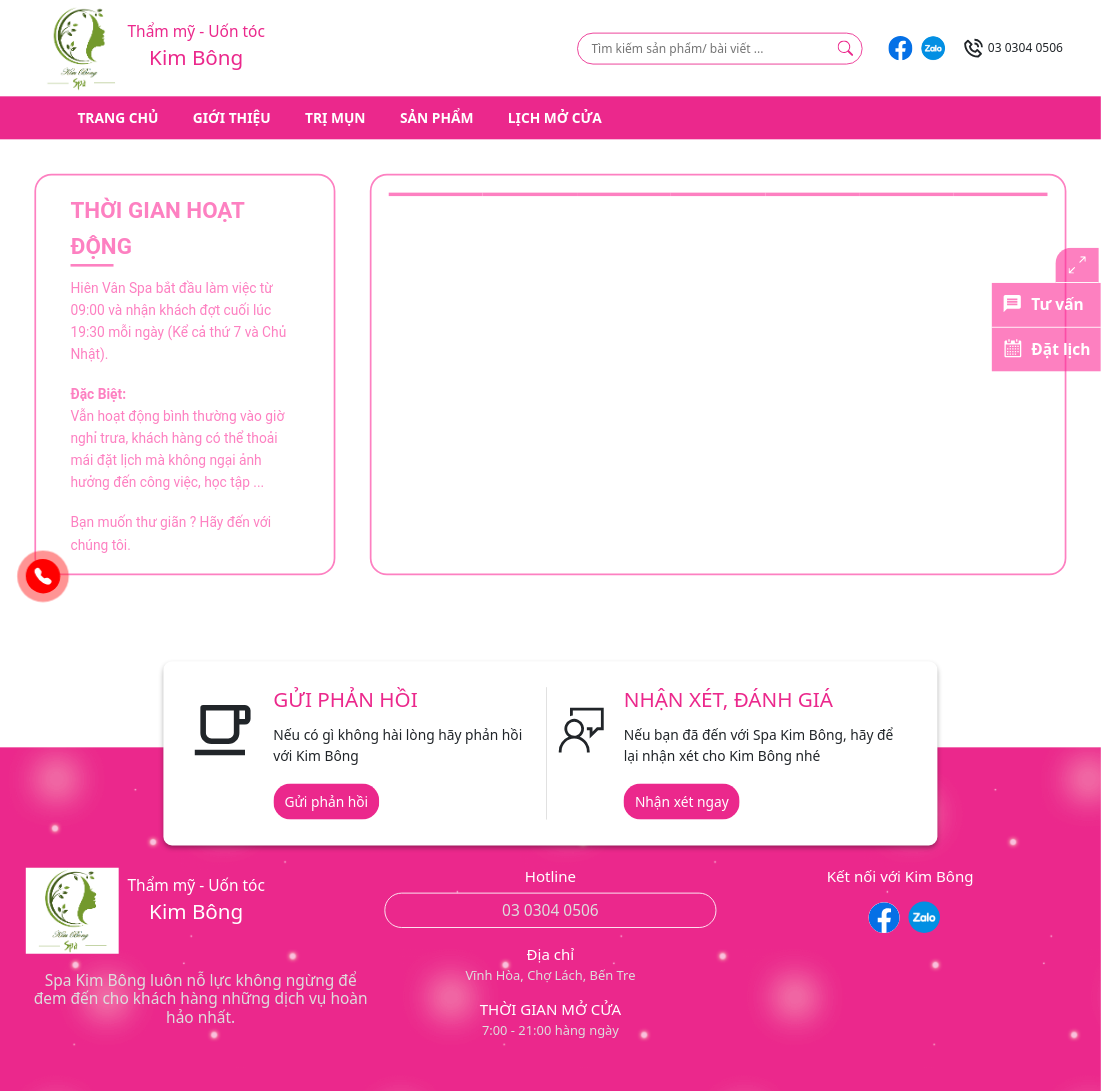
Repository: tranduykhuong/SpaKimBong
Page: /calendar
The author's editor kept a copy of each file at every save. The page is drawn from the files as they stood at one save, then again after the next save.
The browser window is 1280 px wide. The pictures show the whole page, at 86% of full size.
The project was rebuilt for these pictures with package versions that can differ from the ones it lists, and the page was loaded fresh each time. Also part of the build but not shown: src/components/Banner/banner.scss, src/components/Banner/Banner.js, src/pages/Home/home.scss, src/pages/Home/ListImage/listImage.scss, src/pages/Home/ListImage/ListImage.js, src/pages/Home/BookOnline/bookOnl.scss, src/pages/Home/BookOnline/Modal/ModalBook/modalbook.scss, src/pages/Home/BookOnline/Modal/ModalBook/modalbook.js and 24 more.

Above is the page before, as saved 2022-06-07 00:05:29.

### src/App.js
import "./App.scss";
import Header from "./components/Header/Header";
import Home from "./pages/Home/Home";
import "bootstrap/dist/css/bootstrap.min.css";
import { Route, Routes } from "react-router-dom";
import About from "./pages/About/About";
import Products from "./pages/Product/Products";
import ProductDetail from "./pages/Product/ProductDetail/ProductDetail";
import AcneTreatment from "./pages/AcneTreatment/AcneTreatment";
import ContactToolbox from "./components/ContactToolbox/ContactToolbox";
import BackToTop from "./components/BackToTop/BackToTop";
import PhoneTool from "./components/PhoneTool/PhoneTool";
import Calendar from "./pages/Calendar/Calendar";

function App() {
  return (
    <div className="App">
      <Header />
      <ContactToolbox />
      <BackToTop />
      <PhoneTool />
      <Routes>
        <Route path="/" element={<Home />} />
        <Route path="/about" element={<About />} />
        <Route path="/products" element={<Products />} />
        <Route path="/acne" element={<AcneTreatment />} />
        <Route path="/calendar" element={<Calendar />} />

        <Route path="/products/1" element={<ProductDetail />} />
      </Routes>
    </div>
  );
}

export default App;

### src/components/ContactToolbox/ContactToolbox.js
import React, { useState } from "react";
import "./contactToolbox.scss";
import { MdMessage } from "react-icons/md";
import { GoCalendar } from "react-icons/go";
import { BsArrowsAngleExpand } from "react-icons/bs";

const ContactToolbox = () => {
  const [hidden, setHidden] = useState(false);

  return (
    <div className="contactFixed">
      <div className="toolboxScroll" onClick={() => setHidden((prev) => !prev)}>
        <BsArrowsAngleExpand className="iconArrow" />
      </div>
      <div className={"toolboxList " + (hidden ? "hidden" : "open")}>
        <div className="advise toolboxItem">
          <MdMessage className="iconMessage" />
          <p>Tư vấn</p>
        </div>
        <div className="book toolboxItem">
          <GoCalendar className="iconCalendar" />
          <p>Đặt lịch</p>
        </div>
      </div>
    </div>
  );
};

export default ContactToolbox;

### src/components/BackToTop/BackToTop.js
import React, { useEffect, useState } from "react";
import "./backToTop.scss";
import { FaRegArrowAltCircleUp } from "react-icons/fa";

const BackToTop = () => {
  const [clicked, setClick] = useState(true);
  const [hiddenArrow, setHiddenArrow] = useState(true);

  useEffect(() => {
    const handleScroll = () => {
      if (window.scrollY > 550) setHiddenArrow(false);
      else setHiddenArrow(true);
    };
    window.addEventListener("scroll", handleScroll);
    return () => {
      window.removeEventListener("scroll", handleScroll);
    };
  }, []);

  useEffect(() => {
    window.scrollTo(0, 0);
  }, [clicked]);

  return (
    <div
      className={"backToTop " + (hiddenArrow ? "" : "show")}
      onClick={() => setClick((prev) => !prev)}
    >
      <FaRegArrowAltCircleUp className="icon" />
    </div>
  );
};

export default BackToTop;

### src/components/PhoneTool/PhoneTool.js
import React from "react";
import "./phoneTool.scss";
import { BsFillTelephoneFill } from "react-icons/bs";

const PhoneTool = () => {
  return (
    <div className="phoneTool">
      <div className="phone">
        <BsFillTelephoneFill className="iconPhone" />
      </div>
      <div className="circle"></div>
    </div>
  );
};

export default PhoneTool;

### src/pages/Calendar/Calendar.js
import React from "react";
import "./calendar.scss";
import Footer from "./../../components/Footer/Footer";

const Calendar = () => {
  return (
    <div>
      <div className="container-calendar">
        <div className="container-bg-calendar">
          <div className="calendar">
            <div className="calendar-content">
              <h3>THỜI GIAN HOẠT ĐỘNG</h3>
              <p>
                Hiên Vân Spa bắt đầu làm việc từ 09:00 và nhận khách đợt cuối
                lúc 19:30 mỗi ngày (Kể cả thứ 7 và Chủ Nhật).
              </p>
              <strong id="special">Đặc Biệt:</strong>
              <p>
                Vẫn hoạt động bình thường vào giờ nghỉ trưa, khách hàng có thể
                thoải mái đặt lịch mà không ngại ảnh hưởng đến công việc, học
                tập ...
              </p>
              <p>Bạn muốn thư giãn ? Hãy đến với chúng tôi.</p>
            </div>

            <div className="calendar-boxs-day">
              <div className="calendar-boxs">
                <div className="calendar-box"></div>
                <div className="calendar-box"></div>
                <div className="calendar-box"></div>
                <div className="calendar-box"></div>
                <div className="calendar-box"></div>
                <div className="calendar-box"></div>
                <div className="calendar-box"></div>
              </div>
            </div>
          </div>
        </div>
      </div>

      <Footer />
    </div>
  );
};

export default Calendar;

### src/components/Header/header.scss
@import '../../SCSS/base/variables.scss';
$height-navbar: 5rem;

.header {
    .mg-navbar {
        margin-bottom: $height-navbar;
    }

    .infor {
        max-width: 1200px;
        padding: .6rem 0;
        display: flex;
        justify-content: space-between;
        margin: 0 auto;

        .logo {
            display: flex;
            flex: 1;

            img {
                height: 10rem;
            }

            .nameSpa {
                color: $main-color;
                margin: auto 0;

                h4 {
                    font-size: 1.8rem;
                    font-weight: 500;
                }

                h2 {
                    font-size: 2.4rem;
                }
            }
        }


        .search {
            margin: auto 0;
            border-radius: 50px;
            border: solid .1rem $main-color;
            height: 37px;
            display: flex;

            input {
                font-size: 1.4rem;
                margin: auto 16px;
                min-width: 26rem;
                border: none;
                outline: none;
            }

            .icon {
                margin: auto 10px;
                cursor: pointer;
            }

            .iconSearch {
                width: 1.8rem;
                height: 1.8rem;
                color: $main-color;

                &:hover {
                    color: #f867b2;
                }
            }
        }

        .contact {
            display: flex;
            margin-left: 20px;

            .icon {
                margin: auto 0;
                margin-left: 10px;

            }

            .iconFacebook {
                width: 2.8rem;
                height: 2.8rem;
                color: rgba($color: #0570e6, $alpha: 1.0);
            }

            .iconZalo {
                width: 2.8rem;
                height: 2.8rem;
                border-radius: 50%;
            }

            .phone {
                margin: auto 0;
                margin-left: 20px;
                display: flex;

                .iconPhone {
                    width: 2.6rem;
                    height: 2.6rem;
                }

                h3 {
                    font-size: 1.4rem;
                    font-weight: 500;
                    margin: auto 4px;
                }
            }

        }
    }

    .fixedNavbar {
        position: fixed;
        top: 0;
        left: 0;
        z-index: 50;
        width: 100%;
        animation: fixedNavbar 1s forwards;
    }

    @keyframes fixedNavbar {
        from {
            top: -5rem;
            opacity: 0;
        }

        to {
            top: 0;
            opacity: 1;
        }
    }

    .myNavbar {
        height: $height-navbar;
        background-color: $main-color;

        .navbarContent {
            max-width: 1200px;
            margin: 0 auto;

            .navbarList {
                display: flex;
                margin: 0 1rem;
                // justify-content: space-evenly;

                li {
                    list-style: none;

                    a {
                        line-height: $height-navbar;
                        height: $height-navbar;
                        display: block;
                        color: #fff;
                        font-size: 1.6rem;
                        font-weight: 600;
                        text-decoration: none;
                        padding: 0 2rem;
                    }

                    &:hover {
                        background-color: #f844a1;
                        cursor: pointer;
                    }
                }

                .active {
                    background-color: #dd0876;
                }
            }
        }
    }
}

### src/components/Footer/Footer.js
import React, { useEffect } from "react";
import "./footer.scss";
import { BsFacebook } from "react-icons/bs";
import { RiCupLine } from "react-icons/ri";
import { VscFeedback } from "react-icons/vsc";

const Footer = () => {
  return (
    <div className="footer">
      <div className="logo">
        <div className="info">
          <img src="../../img/logoSpa.png" alt="" />
          <div className="nameSpa">
            <h4>Thẩm mỹ - Uốn tóc</h4>
            <h2>Kim Bông</h2>
          </div>
        </div>

        <h5>
          Spa Kim Bông luôn nỗ lực không ngừng để đem đến cho khách hàng những
          dịch vụ hoàn hảo nhất.
        </h5>
      </div>

      <div className="address">
        <h3>Hotline</h3>
        <div className="hotline">03 0304 0506</div>
        <h3>Địa chỉ</h3>
        <h4>Vĩnh Hòa, Chợ Lách, Bến Tre</h4>
        <h3>THỜI GIAN MỞ CỬA</h3>
        <h4>7:00 - 21:00 hàng ngày</h4>
      </div>
      <div className="contact">
        <h3>Kết nối với Kim Bông</h3>
        <a href="/" className="icon">
          <BsFacebook className="iconFacebook" />
        </a>
        <a href="/" className="icon">
          <img src="../../img/Zalo.png" alt="" className="iconZalo" />
        </a>
      </div>

      <div className="subFooter">
        <div className="report">
          <RiCupLine className="icon" />
          <div>
            <h3>Gửi phản hồi</h3>
            <p>Nếu có gì không hài lòng hãy phản hồi với Kim Bông</p>
            <div className="btn">Gửi phản hồi</div>
          </div>
        </div>
        <div className="feedback">
          <VscFeedback className="icon" />
          <div>
            <h3>Nhận xét, Đánh giá</h3>
            <p>
              Nếu bạn đã đến với Spa Kim Bông, hãy để lại nhận xét cho Kim Bông
              nhé
            </p>
            <div className="btn">Nhận xét ngay</div>
          </div>
        </div>
      </div>
    </div>
  );
};

export default Footer;

### src/components/ContactToolbox/contactToolbox.scss
.contactFixed {
    position: fixed;
    top: 50%;
    transform: translateY(-50%);
    right: 0;
    z-index: 100;
    cursor: pointer;

    .toolboxScroll {
        border-top-left-radius: 1.8rem;
        background-color: rgba($color: #fc2c97, $alpha: 0.6);
        width: 5rem;
        padding: 1rem;
        color: #fff;
        transform: translateX(149%);
        border-bottom: 1px solid #fff;

        .iconArrow {
            width: 2rem;
            height: 2rem;
        }
    }

    .toolboxList {
        background-color: rgba($color: #fc2c97, $alpha: 0.6);


        .toolboxItem {
            display: flex;
            padding: 1.2rem;
            color: #fff;

            p {
                font-size: 1.8rem;
                margin: 0;
                padding-left: 1rem;
                font-weight: 600;
            }
        }

        .advise {
            border-bottom: 1px solid #fff;

            .iconMessage {
                width: 2.4rem;
                height: 2.4rem;
            }
        }

        .book {

            .iconCalendar {
                width: 2.4rem;
                height: 2.4rem;
            }
        }
    }

    .hidden {
        animation: toRight 0.8s linear forwards;
    }

    .open {
        animation: toLeft 0.8s linear backwards;
    }

    @keyframes toRight {
        to {
            transform: translateX(62%);
        }
    }

    @keyframes toLeft {
        from {
            transform: translateX(62%);

        }

        to {
            transform: translateX(0);
        }
    }
}

### src/components/BackToTop/backToTop.scss
.backToTop {
    position: fixed;
    bottom: 2rem;
    right: 2rem;
    z-index: 100;
    display: none;

    .icon {
        width: 4rem;
        height: 4rem;
        color: #fa72b8;
        cursor: pointer;
    }
}

.show {
    animation: FadeIn 0.8s forwards;
    display: block;

    @keyframes FadeIn {
        from {
            bottom: 0;
        }

        to {
            bottom: 2rem;
        }
    }
}

### src/components/PhoneTool/phoneTool.scss
.phoneTool {
    position: fixed;
    width: 6rem;
    height: 6rem;
    left: 1rem;
    border-radius: 50%;
    bottom: 3rem;
    z-index: 100;
    cursor: pointer;

    .phone {
        position: absolute;
        z-index: 5;
        top: 34%;
        left: 34%;
        background-color: red;
        padding: 1rem;
        border-radius: 50%;
        animation: phoneSkin 1s infinite ease-in-out;

        .iconPhone {
            height: 2rem;
            width: 2rem;
            color: #fff;

        }

        @keyframes phoneSkin {
            0% {
                transform: rotate(0) scale(1) skew(1deg);
            }

            10% {
                transform: rotate(-25deg) scale(1) skew(1deg);
            }

            20% {
                transform: rotate(25deg) scale(1) skew(1deg);
            }

            30% {
                transform: rotate(-25deg) scale(1) skew(1deg);
            }

            40% {
                transform: rotate(25deg) scale(1) skew(1deg);
            }

            50% {
                transform: rotate(0) scale(1) skew(1deg);
            }

            100% {
                transform: rotate(0) scale(1) skew(1deg);
            }
        }
    }

    .circle {
        position: absolute;
        width: 6rem;
        height: 6rem;
        border-radius: 50%;
        top: 16%;
        left: 16%;
        background-color: rgba($color: rgb(255, 42, 42), $alpha: 0.5);
        animation: zoom 1s infinite;

        @keyframes zoom {
            0% {
                transform: scale(0.9);
            }

            70% {
                transform: scale(1);
                box-shadow: 0 0 0 15px transparent;
            }

            100% {
                transform: scale(0.9);
                box-shadow: 0 0 0 0 transparent;
            }
        }
    }
}

### src/pages/Calendar/calendar.scss
.container-calendar {
  .container-bg-calendar {
    .calendar {
      display: flex;
      width: 100%;
      text-align: left;
      padding: 4rem;
      font-family: "Roboto", sans-serif;

      .calendar-content {
        width: 30%;
        border: solid 2px #fd80c1;
        // border-bottom-left-radius: 20px;
        // border-top-left-radius: 20px;
        // border-top-right-radius: 20px;
        border-radius: 20px;
        padding: 2rem 4rem 0;
        margin-right: 4rem;
        h3 {
          margin: 0 0 13px;
          color: #fd80c1;
          font-size: 26px;
          font-weight: bold;
          line-height: 1.6;
        }

        h3:after {
          content: "";
          display: block;
          width: 5rem;
          height: 0.25rem;
          background: #fd80c1;
        }

        #special {
          color: #fd80c1;
          font-size: 16px;
          line-height: 1.6;
          margin-bottom: 0;
        }

        p {
          margin: 0 0 21px;
          color: #fd80c1;
          font-size: 16px;
          line-height: 1.6;
        }
      }

      .calendar-boxs-day {
        width: 70%;
        border: solid 2px #fd80c1;
        border-radius: 20px;
        padding: 2rem 2rem 0;

        .calendar-boxs {
          display: flex;
          width: 100%;
          justify-content: space-between;

          .calendar-box {
            width: 20%;
            height: 20%;
            border: solid 2px #fd80c1;
          }
        }
      }
    }
  }
}

### src/SCSS/base/variables.scss
$main-color: #eb288c;
$text-color: #444;
$title-color: #fff;

### src/components/Footer/footer.scss
@import '../../SCSS/base/variables.scss';

.footer {
    background-image: url(../../../public/img/sparkle1.png), url(../../../public/img/sparkle2.png);
    width: 100%;
    height: 400px;
    background-color: $main-color;
    animation: sparkle 60s linear infinite;
    padding: 14rem 3rem 0;
    display: flex;
    justify-content: space-around;
    position: relative;
    margin-top: 16rem;

    .logo {
        flex: 1;

        .info {
            display: flex;

            img {
                height: 10rem;
            }

            .nameSpa {
                color: $title-color;
                margin: 1rem;

                h4 {
                    font-size: 1.8rem;
                    font-weight: 500;
                }

                h2 {
                    font-size: 2.4rem;
                }
            }
        }

        h5 {
            margin: 2rem .6rem;
            font-size: 1.8rem;
            font-weight: 400;
            color: #ddd;
        }
    }

    .contact {
        flex: 1;
        text-align: center;

        h3 {
            margin-bottom: 1.8rem;
            color: $title-color;
        }

        .icon {
            margin: auto 0;
            margin-left: 10px;

        }

        .iconFacebook {
            width: 3.6rem;
            height: 3.6rem;
            color: rgba($color: #0570e6, $alpha: 1.0);
            background-color: $title-color;
            border-radius: 50%;
        }

        .iconZalo {
            width: 3.7rem;
            height: 3.7rem;
            border-radius: 50%;
        }
    }

    .address {
        color: #ddd;
        flex: 1;
        text-align: center;

        h3 {
            // margin-bottom: 2rem;
            color: $title-color;
        }

        h4 {
            margin-bottom: 2rem;
        }

        .hotline {
            padding: .6rem;
            font-size: 1.8rem;
            margin: .8rem 1rem 2rem;
            border: 1px solid $title-color;
            border-radius: 2rem;

            &:hover {
                color: $title-color;
                cursor: pointer;
            }
        }
    }

    @keyframes sparkle {
        0% {
            background-position: 0px 0px, 0px 0px, 0px 0px;
        }

        100% {
            background-position: -500px -1000px, -400px -400px, 300px 300px;
        }
    }

    .subFooter {
        width: 100%;
        max-width: 90rem;
        min-height: 20rem;
        box-shadow: 0 3px 6px -4px rgba(0, 0, 0, 0.2), 0 3px 6px rgba(0, 0, 0, 0.3);

        background-color: #fff;
        border-radius: 1rem;
        z-index: 50;
        top: -10rem;
        left: 50%;
        transform: translateX(-50%);
        position: absolute;
        display: flex;
        padding: 3rem;
        justify-content: space-around;

        .report,
        .feedback {
            display: flex;
            flex: 1;
            justify-content: center;
            text-align: left;

            h3 {
                text-transform: uppercase;
                font-size: 2.4rem;
                color: $main-color;
            }

            p {
                font-size: 1.6rem;
                padding: 1rem 1.4rem 1rem 0;
            }

            .icon {
                height: 10rem;
                width: 10rem;
                margin-right: 2rem;
            }

            .btn {
                padding: 0.8rem 1.2rem;
                background-color: $main-color;
                border-radius: 2rem;
                font-size: 1.6rem;
                color: #fff;

                &:hover {
                    background-color: #cc1574;
                }
            }
        }

        .report {
            border-right: 1px solid #ddd;
        }

        .feedback {
            margin-left: 1rem;
        }
    }
}

Loaded but not shown: public/index.html (common file); src/index.js (common file); src/index.css (common file); src/reportWebVitals.js (common file); src/App.scss (common file); src/components/Header/Header.js (92 lines, source omitted)

After the next save:
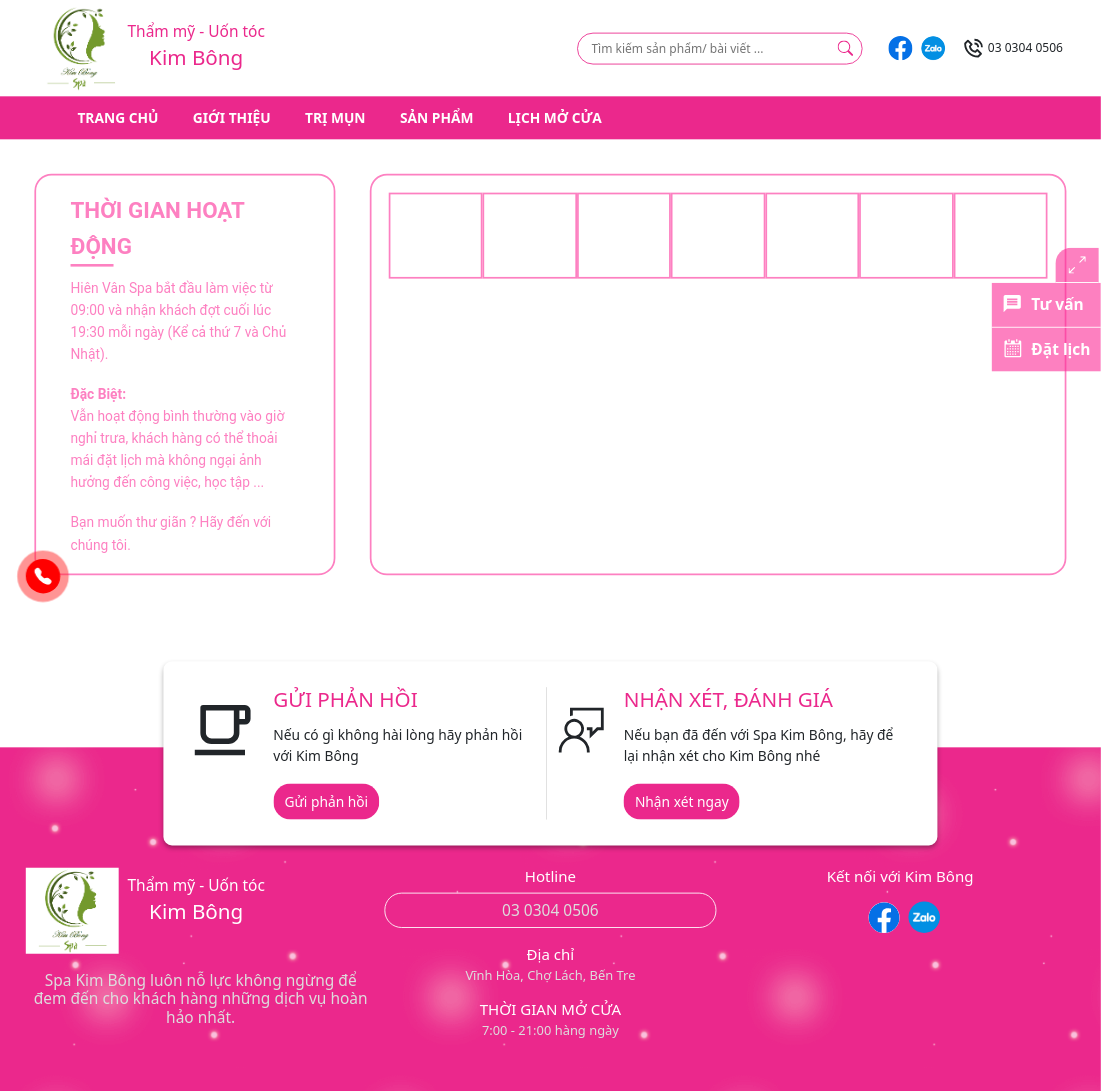
Saved 12 s later.
--- a/src/pages/Calendar/calendar.scss
+++ b/src/pages/Calendar/calendar.scss
@@ -60,7 +60,7 @@
 
           .calendar-box {
             width: 20%;
-            height: 20%;
+            height: 10rem;
             border: solid 2px #fd80c1;
           }
         }
